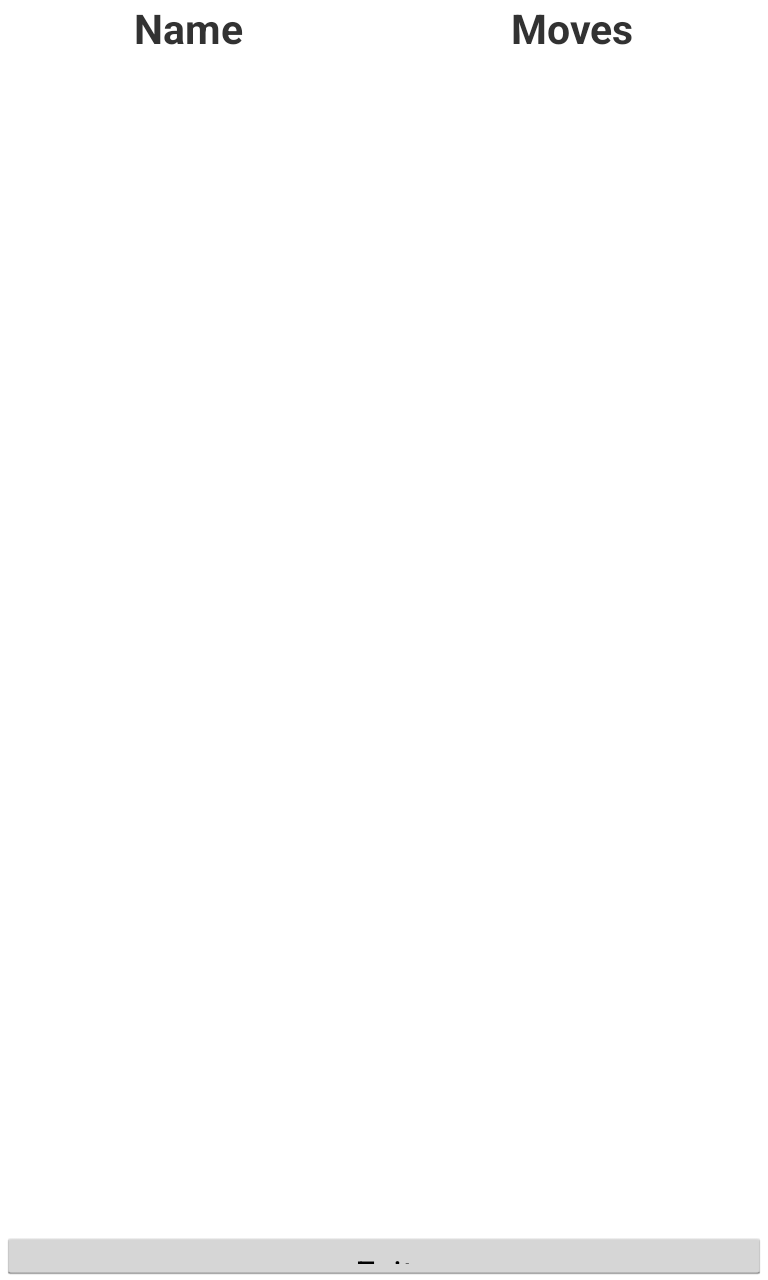
Repository: rickydalziel/project
Layout: Numbersorter/res/layout/activity_leaderboard.xml
These files come from the project's save history. The layout is drawn as it stood at one moment and after the next save; the edit follows.
It is drawn on a 768 x 1280 px phone screen (xhdpi) without system bars, with theme AppTheme; the app's code is not run.

Above is the layout before, as saved 2013-03-14 14:01:22.

After the next save:
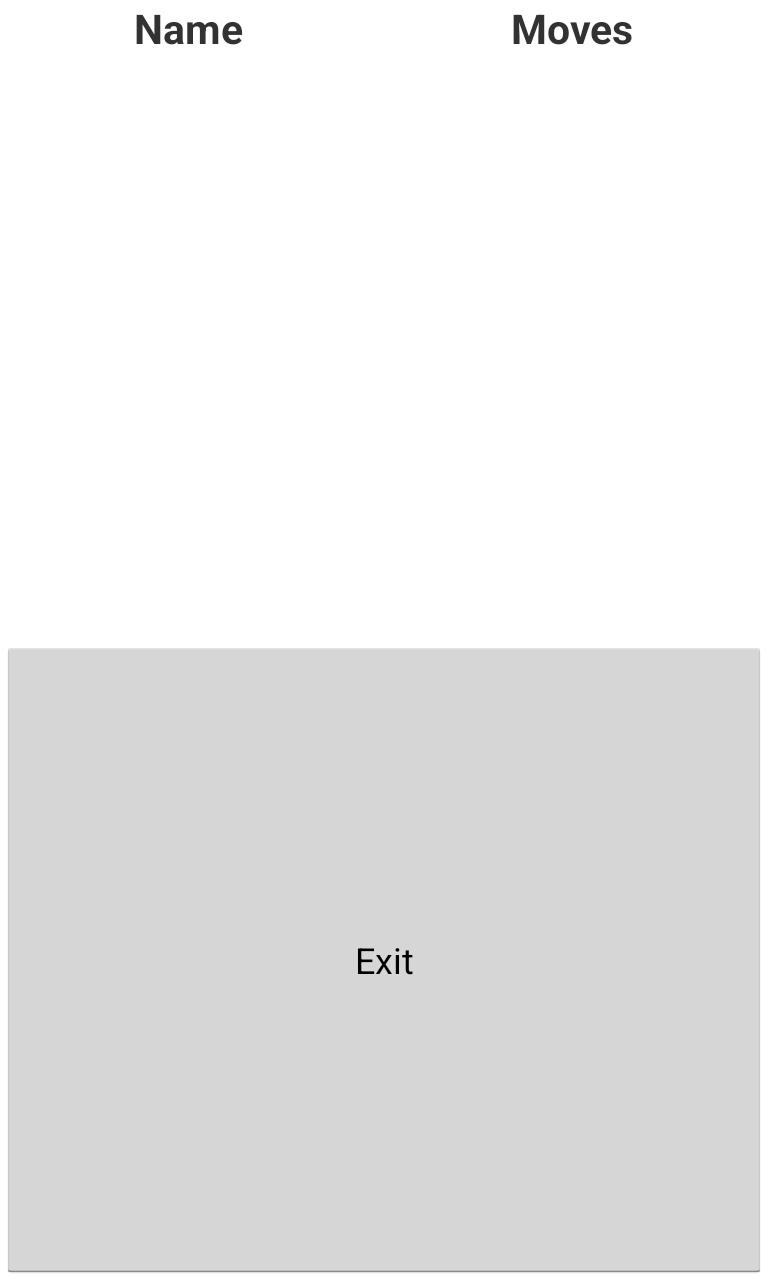
Saved 47 s later.
--- a/Numbersorter/res/layout/activity_leaderboard.xml
+++ b/Numbersorter/res/layout/activity_leaderboard.xml
@@ -44,7 +44,7 @@
             <Button
             android:id="@+id/leaderboard_exit_button"
             android:layout_width="fill_parent"
-            android:layout_height="wrap_content"
+            android:layout_height="fill_parent"
             android:layout_gravity="center"
             android:onClick="exitGamePressed"
             android:text="@string/exit_game"

After the save that followed:
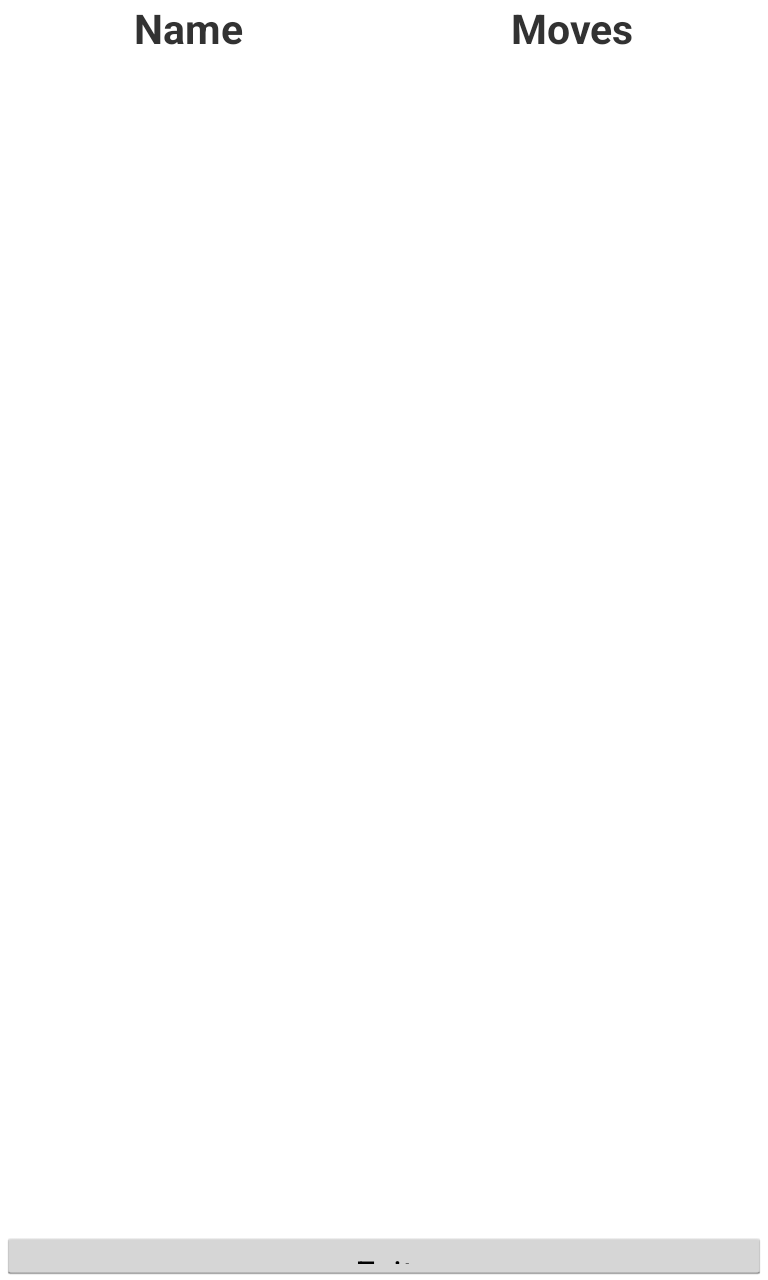
Saved 98 s later.
--- a/Numbersorter/res/layout/activity_leaderboard.xml
+++ b/Numbersorter/res/layout/activity_leaderboard.xml
@@ -44,10 +44,11 @@
             <Button
             android:id="@+id/leaderboard_exit_button"
             android:layout_width="fill_parent"
-            android:layout_height="fill_parent"
+            android:layout_height="wrap_content"
             android:layout_gravity="center"
             android:onClick="exitGamePressed"
             android:text="@string/exit_game"
+            android:padding_top="15dp"
             android:layout_weight="1" />
 
 </LinearLayout>
